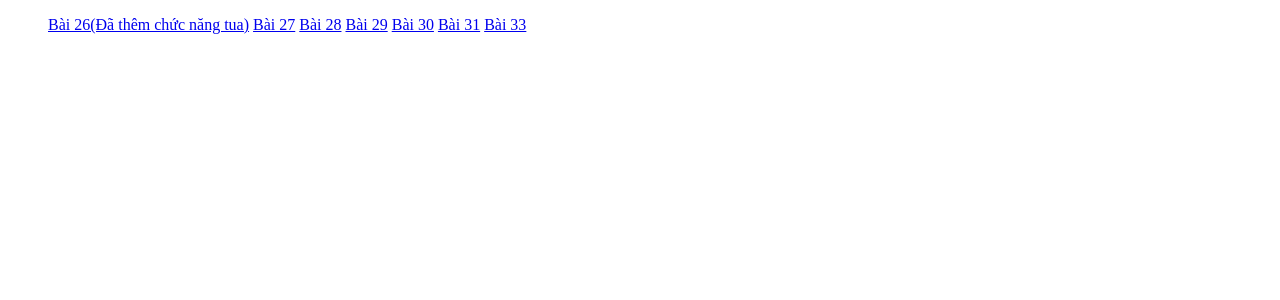
Repository: Dongnguyen318/Quydong
Page: index.html
These files come from the project's save history. The page is drawn as it stood at one moment and after the next save; the edit follows.
The browser window is 1280 px wide. The pictures show the whole page.

Above is the page before, as saved 2023-10-14 23:16:56.

After the next save:
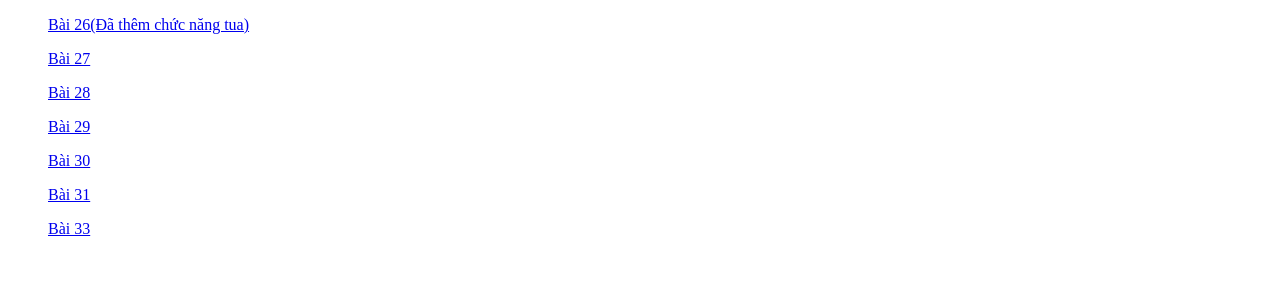
Saved 11 h 1 min later.
--- a/index.html
+++ b/index.html
@@ -7,13 +7,15 @@
   </head>
   <body>
     <ul>
-      <a href="./Day 26/index.html">Bài 26(Đã thêm chức năng tua)</a>
-      <a href="./Day 27/index.html">Bài 27</a>
+<p>
+        <a href="./Day 26/index.html">Bài 26(Đã thêm chức năng tua)</a>
+
+</p>      <p><a href="./Day 27/index.html">Bài 27</a></p>
       <a href="#!">Bài 28</a>
-      <a href="./Day 29/index.html">Bài 29</a>
-      <a href="./Day 30/index.html">Bài 30</a>
-      <a href="./Day 31/index.html">Bài 31</a>
-      <a href="./Day 33/index.html">Bài 33</a>
+      <p><a href="./Day 29/index.html">Bài 29</a></p>
+      <p><a href="./Day 30/index.html">Bài 30</a></p>
+      <p><a href="./Day 31/index.html">Bài 31</a></p>
+      <p><a href="./Day 33/index.html">Bài 33</a></p>
 
   </body>
 </html>
